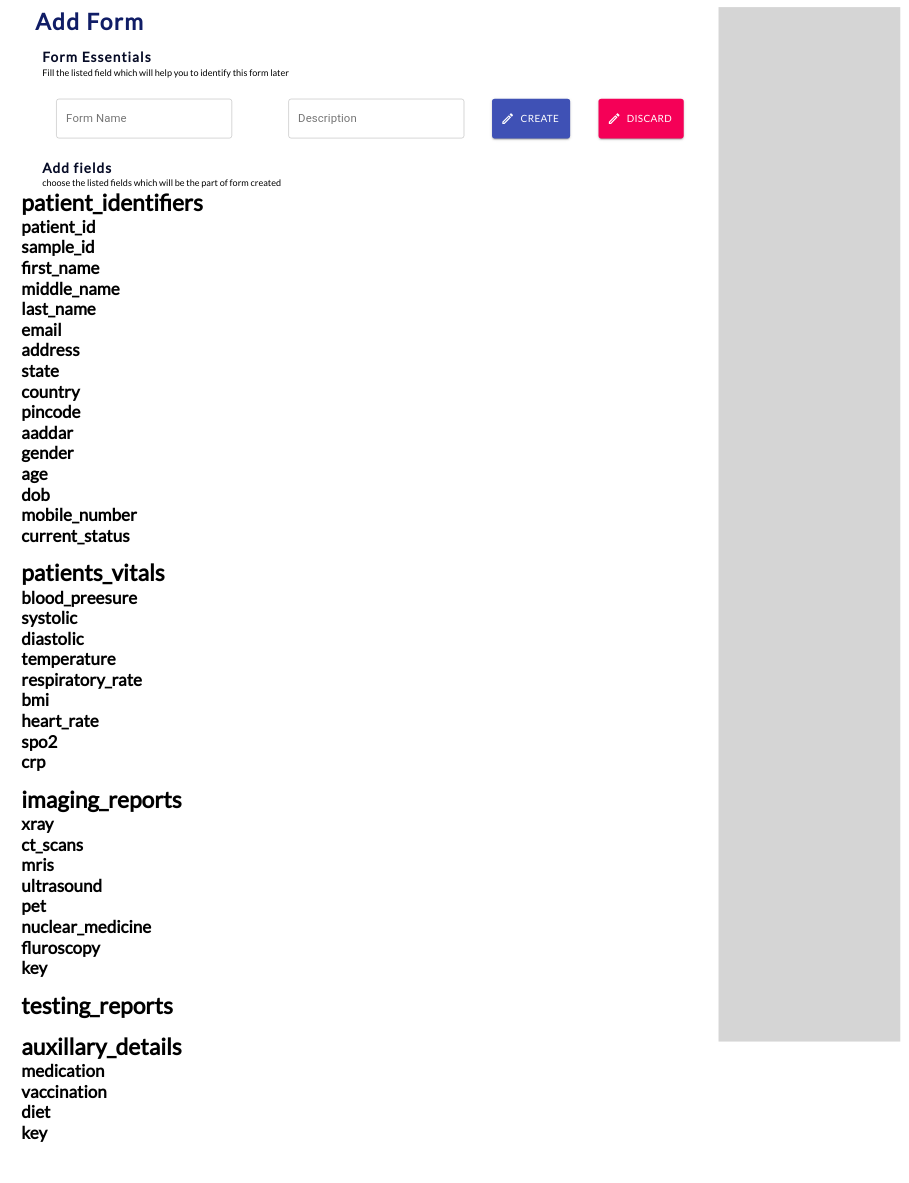
Repository: Architjain128/df
Page: /add
These files come from the project's save history. The page is drawn as it stood at one moment and after the next save; the edit follows.
The browser window is 1280 px wide. The pictures show the whole page, at 71% of full size.
The project was rebuilt for these pictures with package versions that can differ from the ones it lists, and the page was loaded fresh each time. Also part of the build but not shown: src/App.css, src/dftable.js, src/dataForm.js.

Above is the page before, as saved 2021-06-25 17:47:52.

After the next save:
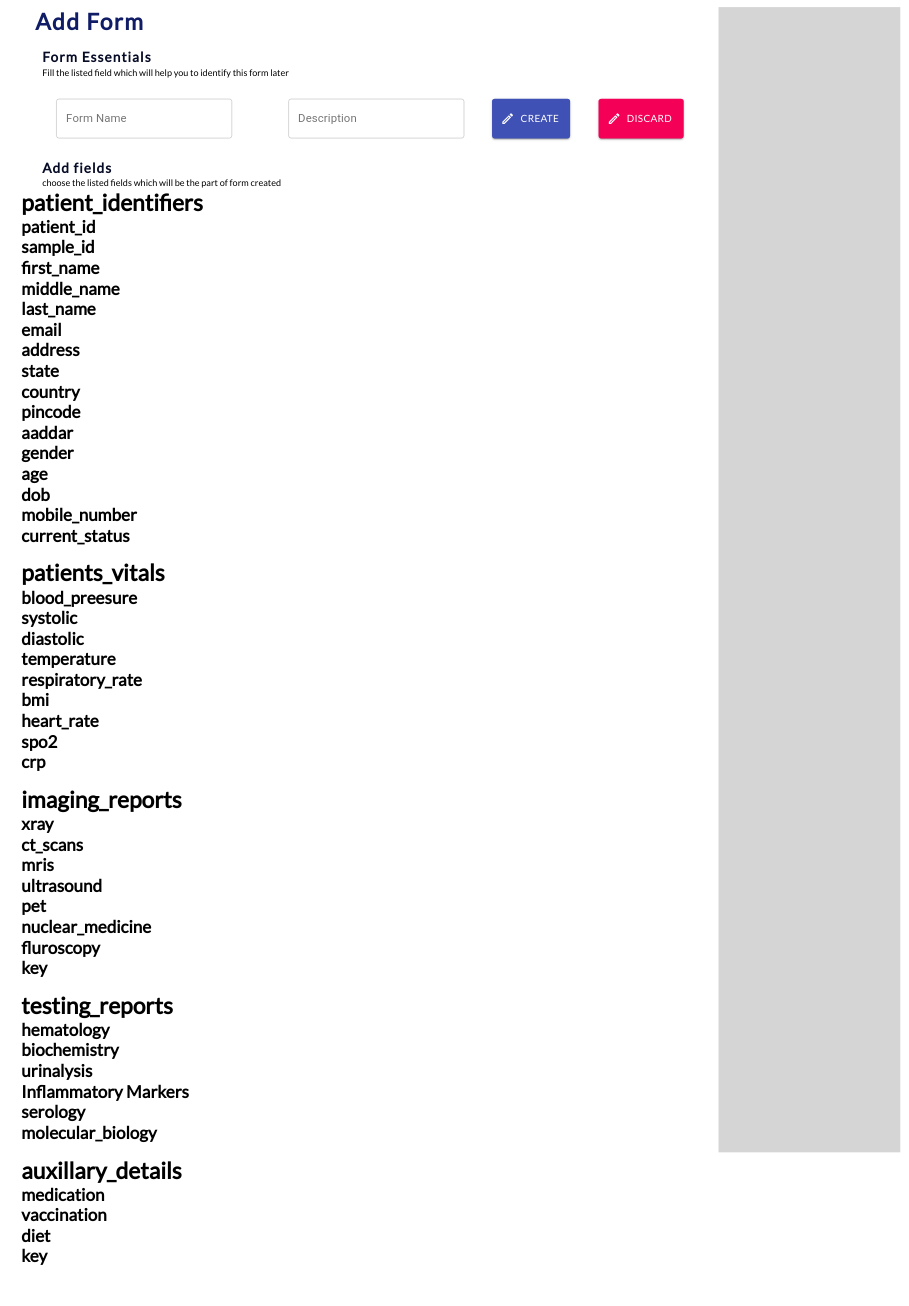
Saved 4 s later.
--- a/src/addDataForm.js
+++ b/src/addDataForm.js
@@ -28,7 +28,7 @@ class AddDataForm extends Component{
                 console.log(data[parseInt(c)])
             }
             else if(level ===2){
-                ro.push(<h2>{data[c][""]}</h2>);
+                ro.push(<h2>{data[c]["test_name"]}</h2>);
                 console.log(data[parseInt(c)])
             }
             else{
